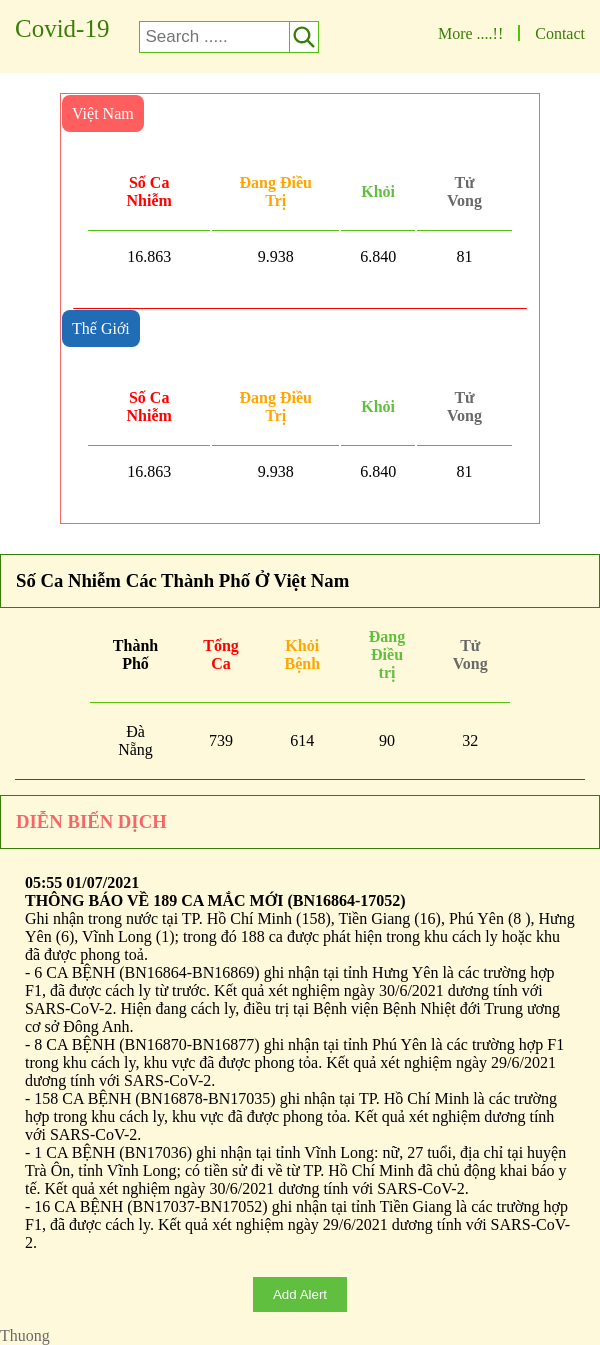
Repository: thuongton98/Covid
Page: html-css-js/index.html
The author's editor kept a copy of each file at every save. The page is drawn from the files as they stood at one save, then again after the next save.
The browser window is 600 px wide. The pictures show the whole page.

Above is the page before, as saved 2021-07-01 11:39:42.

### html-css-js/index.html
<!DOCTYPE html>
<html lang="en">
<head>
    <meta charset="UTF-8">
    <meta http-equiv="X-UA-Compatible" content="IE=edge">
    <meta name="viewport" content="width=device-width, initial-scale=1.0">

    <link rel="stylesheet" href="./styles.css">
    <script src="https://cdn.ckeditor.com/4.16.1/standard/ckeditor.js"></script>
    <title>Covid-19</title>
</head>
<body>
    <nav>
        <div class="icon">
            <div class="icon-i">Covid-19</div>
            <div class="icon-search">
                <input type="text" placeholder="Search .....">
                <svg fill="#000000" xmlns="http://www.w3.org/2000/svg"  viewBox="0 0 48 48" width="48px" height="48px"><path d="M 20.5 6 C 12.515556 6 6 12.515562 6 20.5 C 6 28.484438 12.515556 35 20.5 35 C 23.773158 35 26.788919 33.893018 29.220703 32.050781 L 38.585938 41.414062 A 2.0002 2.0002 0 1 0 41.414062 38.585938 L 32.050781 29.220703 C 33.893017 26.788918 35 23.773156 35 20.5 C 35 12.515562 28.484444 6 20.5 6 z M 20.5 10 C 26.322685 10 31 14.677319 31 20.5 C 31 23.295711 29.914065 25.820601 28.148438 27.697266 A 2.0002 2.0002 0 0 0 27.701172 28.144531 C 25.824103 29.912403 23.29771 31 20.5 31 C 14.677315 31 10 26.322681 10 20.5 C 10 14.677319 14.677315 10 20.5 10 z"/></svg>
            </div>

        </div>
        <ul class="nav-i">
            <li>More ....!!</li>
            <li>Contact</li>
        </ul>
    </nav>
    <section class="case">
        <div>
            <span>Việt Nam</span>
            <table>

                <tr>
                    <th>Số Ca Nhiễm</th>
                    <th>Đang Điều Trị</th>
                    <th>Khỏi</th>
                    <th>Tử Vong</th>
                </tr>
                <tr>
                    <td>16.863</td>
                    <td>9.938</td>
                    <td>6.840</td>
                    <td>81</td>
                </tr>

            </table>
           <div class="line"></div>
            <span class="word">Thế Giới</span>
            <table>
                <tr>
                    <th>Số Ca Nhiễm</th>
                    <th>Đang Điều Trị</th>
                    <th>Khỏi</th>
                    <th>Tử Vong</th>
                </tr>
                <tr>
                    <td>16.863</td>
                    <td>9.938</td>
                    <td>6.840</td>
                    <td>81</td>
                </tr>
            </table>
            </table>
        </div>
    </section>
    <section class="all-case">
        <h3>Số Ca Nhiễm Các Thành Phố Ở Việt Nam</h3>
        <div>
            <table>
                <tr>
                    <th>Thành Phố</th>
                    <th>Tổng Ca</th>
                    <th>Khỏi Bệnh</th>
                    <th>Đang Điều trị</th>
                    <th>Tử Vong</th>
                </tr>
                <tr>
                    <td>Đà Nẵng</td>
                    <td>739</td>
                    <td>614</td>
                    <td>90</td>
                    <td>32</td>
                </tr>
            </table>
        </div>
        <div class="line"></div>
    </section>
    <section class="alert">
        <h3>DIỄN BIẾN DỊCH</h3>
        <div>
            <h4>05:55 01/07/2021</h4>
            <h4>THÔNG BÁO VỀ 189 CA MẮC MỚI  (BN16864-17052)</h4>
            <p>Ghi nhận trong nước tại TP. Hồ Chí Minh (158), Tiền Giang (16), Phú Yên (8 ), Hưng Yên (6), Vĩnh Long (1); trong đó 188 ca được phát hiện trong khu cách ly hoặc khu đã được phong toả.</p>
            <p>- 6 CA BỆNH (BN16864-BN16869) ghi nhận tại tỉnh Hưng Yên là các trường hợp F1, đã được cách ly từ trước. Kết quả xét nghiệm ngày 30/6/2021 dương tính với SARS-CoV-2. Hiện đang cách ly, điều trị tại Bệnh viện Bệnh Nhiệt đới Trung ương cơ sở Đông Anh.</p>
            <p>- 8 CA BỆNH (BN16870-BN16877) ghi nhận tại tỉnh Phú Yên là các trường hợp F1 trong khu cách ly, khu vực đã được phong tỏa. Kết quả xét nghiệm ngày 29/6/2021 dương tính với SARS-CoV-2.</p>
            <p>- 158 CA BỆNH (BN16878-BN17035) ghi nhận tại TP. Hồ Chí Minh là các trường hợp trong khu cách ly, khu vực đã được phong tỏa. Kết quả xét nghiệm dương tính với SARS-CoV-2.            </p>
            <p>- 1 CA BỆNH (BN17036) ghi nhận tại tỉnh Vĩnh Long: nữ, 27 tuổi, địa chỉ tại huyện Trà Ôn, tỉnh Vĩnh Long; có tiền sử đi về từ TP. Hồ Chí Minh đã chủ động khai báo y tế. Kết quả xét nghiệm ngày 30/6/2021 dương tính với SARS-CoV-2.</p>
            <p>- 16 CA BỆNH (BN17037-BN17052) ghi nhận tại tỉnh Tiền Giang là các trường hợp F1, đã được cách ly. Kết quả xét nghiệm ngày 29/6/2021 dương tính với SARS-CoV-2.</p>
        </div>
       <button>Add Alert</button>
    </section>
    <footer>
        <a href="/">Thuong</a>
    </footer>
</body>

</html>

### html-css-js/styles.css

*{
    padding: 0;
    margin: 0;
    box-sizing: border-box;
}



nav{
    background-color: #fff9db;
    display: flex;
    justify-content: space-between;
    padding:15px
}


nav .icon{
    display: flex;
}

nav .nav-i{
    display: flex;
}

nav .nav-i li{
    list-style: none;
    padding-right: 15px;
    padding-top:10px;
    color:#397d09;
    cursor: pointer;

}

nav .nav-i li:hover{
    color:#57bf0d;
}

nav .nav-i li:last-child{
    padding-right:0;
}

nav .nav-i li:after{
    content: '';
    border: 1px solid #57bf0d;
    margin-left:15px;
    font-size: 12px;
    position: relative;
    top:-2px;
}

nav .nav-i li:last-child::after{
    display: none;
}

nav .icon .icon-i{
    font-size: 35px;
    color: #397d09;
    cursor: pointer;
}

nav .icon .icon-search{
    margin-left:30px;
    position: relative;
   top:-5px;
}


nav .icon .icon-search input{
   padding: 5px;
   width: 350px;
   outline: none;
   border: none;
   font-size: 17px;
   border:1px solid #57bf0d;


}

nav .icon .icon-search svg{
    fill: #397d09;
    cursor: pointer;
    width: 30px;
    height: 32px;
    position: relative;
    border: 1px solid #57bf0d;
    position: relative;
    left: -34px;
    top:11px;
}

nav .icon .icon-search svg:hover{

    fill:#57bf0d
}

.case{
    padding-left: 10%;
    padding-right: 10%;
    padding-top:20px;
}

.case div{
    border: 1px solid #f56767;

}
.case .line, .all-case .line{
    border-top: 1px solid red;
    border-bottom: none;
    width: 95%;
    margin: 0 auto;
}
.case div table{
   padding: 25px;
   padding-top:40px;
    width: 100%;
}

.case div table td{
    text-align: center;
    padding:15px;
}

.case div table th:nth-child(1),.all-case table th:nth-child(2){
    color: red;
}

.case div table th:nth-child(2),.all-case table th:nth-child(3){
    color: orange;
}

.case div table th:nth-child(3),.all-case table th:nth-child(4){
    color: #61bf3f;
}

.case div table th:nth-child(4),.all-case table th:nth-child(5){
    color: #696969;
}

.case div span{
    background-color: #ff5e5e;
    padding:10px;
    position: relative;
    top:11px;
    left:1px;
    border-radius: 8px;
    color: #fff;
}

.case div .word{
    background-color: #216db5;

}

.all-case,.alert{
    background-color: #fff9db;
   padding-bottom:15px;
}
.all-case h3{
    border:1px solid #397d09;
    margin:0;
    padding:15px;
    margin-top:30px;

}
.all-case table{
    margin: 0 auto;
    width: 70%;
    border-collapse: collapse;
}
.all-case table td{
    text-align: center;
    padding:20px;
}

.all-case table tr,th{
    padding:20px;
  border-bottom: 1px solid #57bf0d;
}

.all-case table tr:last-child{
    border-bottom:none
}

.alert h3{
    border:1px solid #397d09;
    margin:0;
    padding:15px;
    color: #f56767;
}
.alert div{
    padding: 25px;
}

.alert button{
    border:none;
    padding:10px 20px;
    cursor: pointer;
    background-color: #61bf3f;
    color: #fff;
    margin: 0 auto;
    display: block;
}

footer{


    background-color: #fff9db;

}

footer a{

    text-decoration: none;
    color:#696969;
}

@media screen and (max-width:750px) {
    nav .icon .icon-search input{
        width:200px
    }
    nav .icon .icon-i{
        font-size: 25px;

    }
    nav .icon .icon-search input{
        width:180px
    }
}

After the next save:
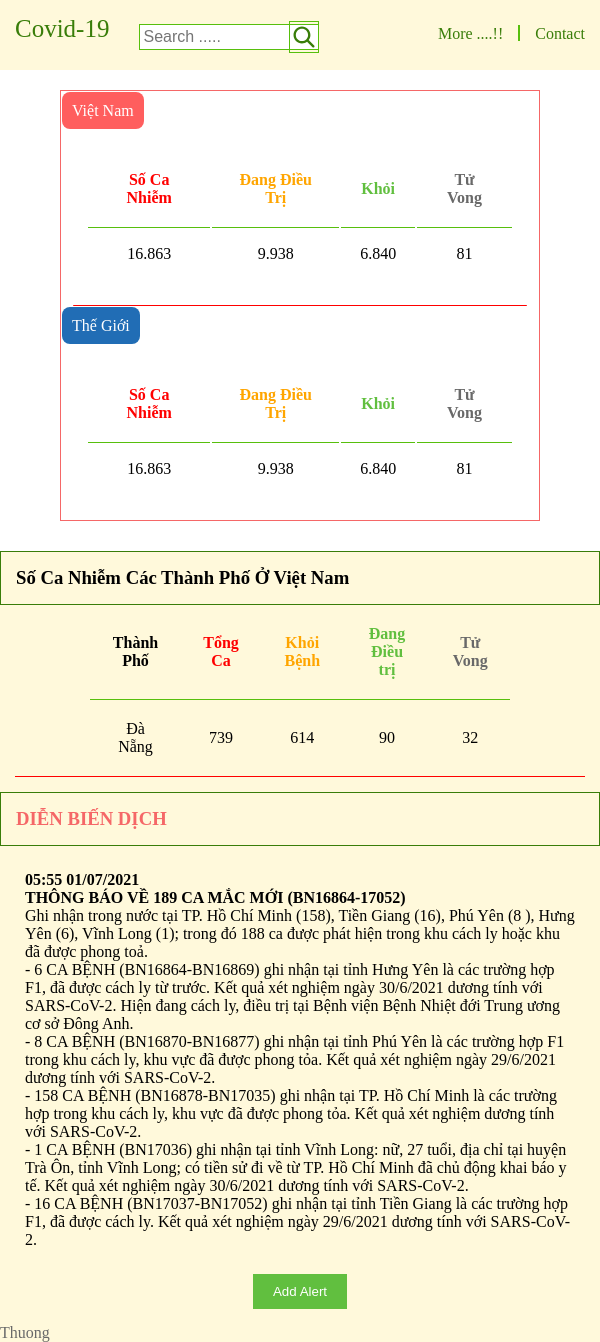
Saved 37 s later.
--- a/html-css-js/styles.css
+++ b/html-css-js/styles.css
@@ -224,6 +224,10 @@ footer a{
 
     }
     nav .icon .icon-search input{
-        width:180px
+        padding: 3px;
+        width: 180px;
+
+        font-size: 16px;
+
     }
 }
